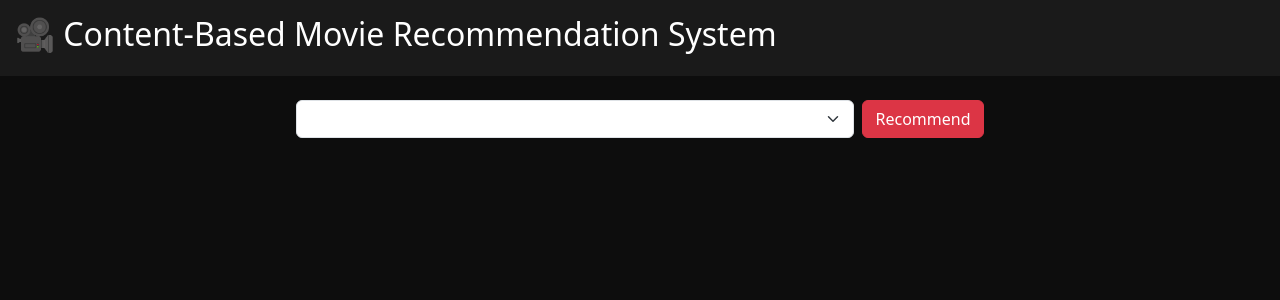
Repository: Contributer00001/movie-recommendation-system
Page: http://localhost/
An editor plug-in stored every save of this project. The page is shown before and after the next save, followed by the edit.
The browser window is 1280 px wide. The pictures show the whole page.
The page is served by the project's application, run on Flask 3 (app.py).

Above is the page before, as saved 2025-10-07 17:03:13.

After the next save:
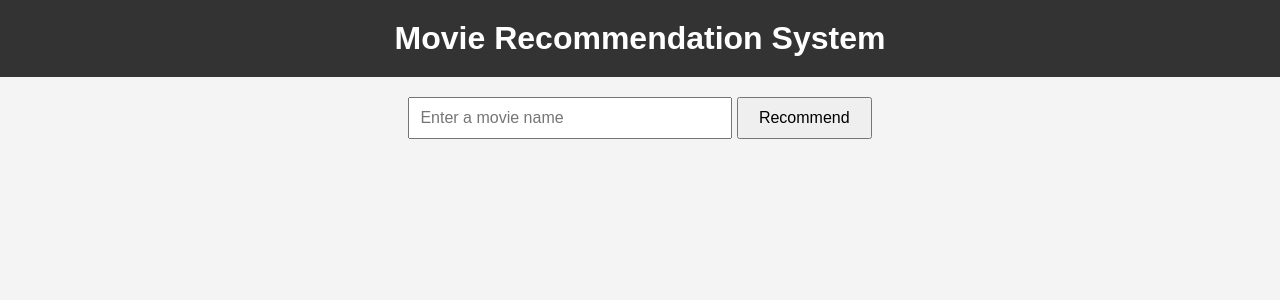
Saved 2 min 5 s later.
--- a/templates/index.html
+++ b/templates/index.html
@@ -2,69 +2,90 @@
 <html lang="en">
 <head>
     <meta charset="UTF-8">
-    <title>🎬 Movie Recommendation System</title>
-    <link href="https://cdn.jsdelivr.net/npm/bootstrap@5.3.0/dist/css/bootstrap.min.css" rel="stylesheet">
+    <title>Movie Recommendation System</title>
     <style>
         body {
-            background-color: #0d0d0d;
+            font-family: Arial, sans-serif;
+            background-color: #f4f4f4;
+            text-align: center;
+            margin: 0;
+            padding: 0;
+        }
+
+        h1 {
+            background-color: #333;
             color: #fff;
-            text-align: center;
+            padding: 20px 0;
+            margin: 0 0 20px 0;
         }
+
+        form {
+            margin-bottom: 30px;
+        }
+
+        input[type="text"] {
+            padding: 10px;
+            width: 300px;
+            font-size: 16px;
+        }
+
+        input[type="submit"] {
+            padding: 10px 20px;
+            font-size: 16px;
+            cursor: pointer;
+        }
+
+        .movies-container {
+            display: flex;
+            flex-wrap: wrap;
+            justify-content: center;
+            gap: 20px;
+            padding: 0 20px 40px 20px;
+        }
+
         .movie-card {
-            background: #1a1a1a;
-            border-radius: 10px;
-            padding: 10px;
-            margin: 10px;
-            transition: transform 0.3s ease;
+            background-color: #fff;
+            border-radius: 8px;
+            box-shadow: 0 2px 5px rgba(0,0,0,0.2);
+            width: 200px;
+            overflow: hidden;
+            transition: transform 0.2s;
         }
+
         .movie-card:hover {
             transform: scale(1.05);
         }
-        .poster {
-            border-radius: 10px;
+
+        .movie-card img {
             width: 100%;
-            height: 400px;
+            height: 300px;
             object-fit: cover;
         }
-        select, button {
+
+        .movie-title {
             padding: 10px;
-            border-radius: 5px;
-        }
-        .navbar {
-            background-color: #1a1a1a;
-            padding: 15px;
+            font-weight: bold;
+            font-size: 16px;
         }
     </style>
 </head>
 <body>
-    <nav class="navbar">
-        <h2>🎥 Content-Based Movie Recommendation System</h2>
-    </nav>
+    <h1>Movie Recommendation System</h1>
 
-    <div class="container mt-4">
-        <form method="POST" action="/recommend" class="d-flex justify-content-center mb-4">
-            <select name="movie" class="form-select w-50">
-                {% for m in movies %}
-                    <option value="{{m}}">{{m}}</option>
-                {% endfor %}
-            </select>
-            <button type="submit" class="btn btn-danger ms-2">Recommend</button>
-        </form>
+    <form method="POST">
+        <input type="text" name="movie_name" placeholder="Enter a movie name" required>
+        <input type="submit" value="Recommend">
+    </form>
 
-        {% if error %}
-            <p class="text-danger">{{ error }}</p>
-        {% endif %}
-
-        {% if recommendations %}
-            <div class="row">
-                {% for rec in recommendations %}
-                    <div class="col-md-2 movie-card">
-                        <img src="{{ rec.poster }}" alt="{{ rec.title }}" class="poster">
-                        <h6 class="mt-2">{{ rec.title }}</h6>
-                    </div>
-                {% endfor %}
-            </div>
-        {% endif %}
+    {% if names and posters %}
+    <div class="movies-container">
+        {% for name, poster in zip(names, posters) %}
+        <div class="movie-card">
+            <img src="{{ poster }}" alt="{{ name }}">
+            <div class="movie-title">{{ name }}</div>
+        </div>
+        {% endfor %}
     </div>
+    {% endif %}
 </body>
 </html>
